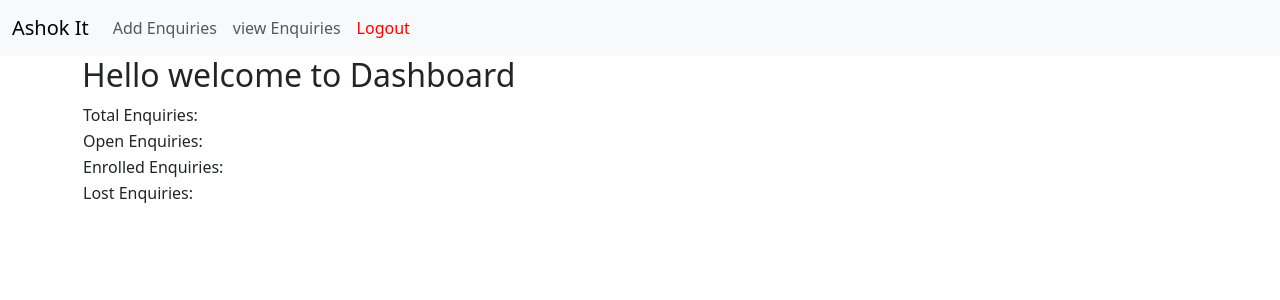
Repository: dibyajyotipanigrahi/Mini-Projects
Page: http://localhost/dashboard
The author's editor kept a copy of each file at every save. The page is drawn from the files as they stood at one save, then again after the next save.
The browser window is 1280 px wide. The pictures show the whole page.
The page is this project's Thymeleaf template; nobody is signed in. The template is opened directly, without the code that normally fills it, so the values that code supplies are empty.

Above is the page before, as saved 2024-04-25 19:08:37.

After the next save:
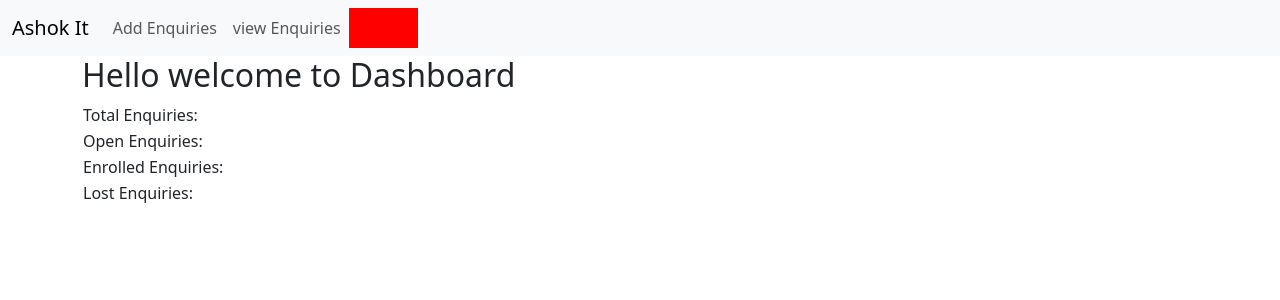
Saved 40 s later.
--- a/01-Councellors-Application/src/main/resources/templates/dashboard.html
+++ b/01-Councellors-Application/src/main/resources/templates/dashboard.html
@@ -30,7 +30,7 @@
 						<a class="nav-link" href="enquiries">view Enquiries</a>
 					</li>
 					<li class="nav-item">
-						<a class="nav-link" href="logout" style="color: red;">Logout</a>
+						<a class="nav-link" href="logout" style="color: red;background-color: red;">Logout</a>
 					</li>
 
 				</ul>
